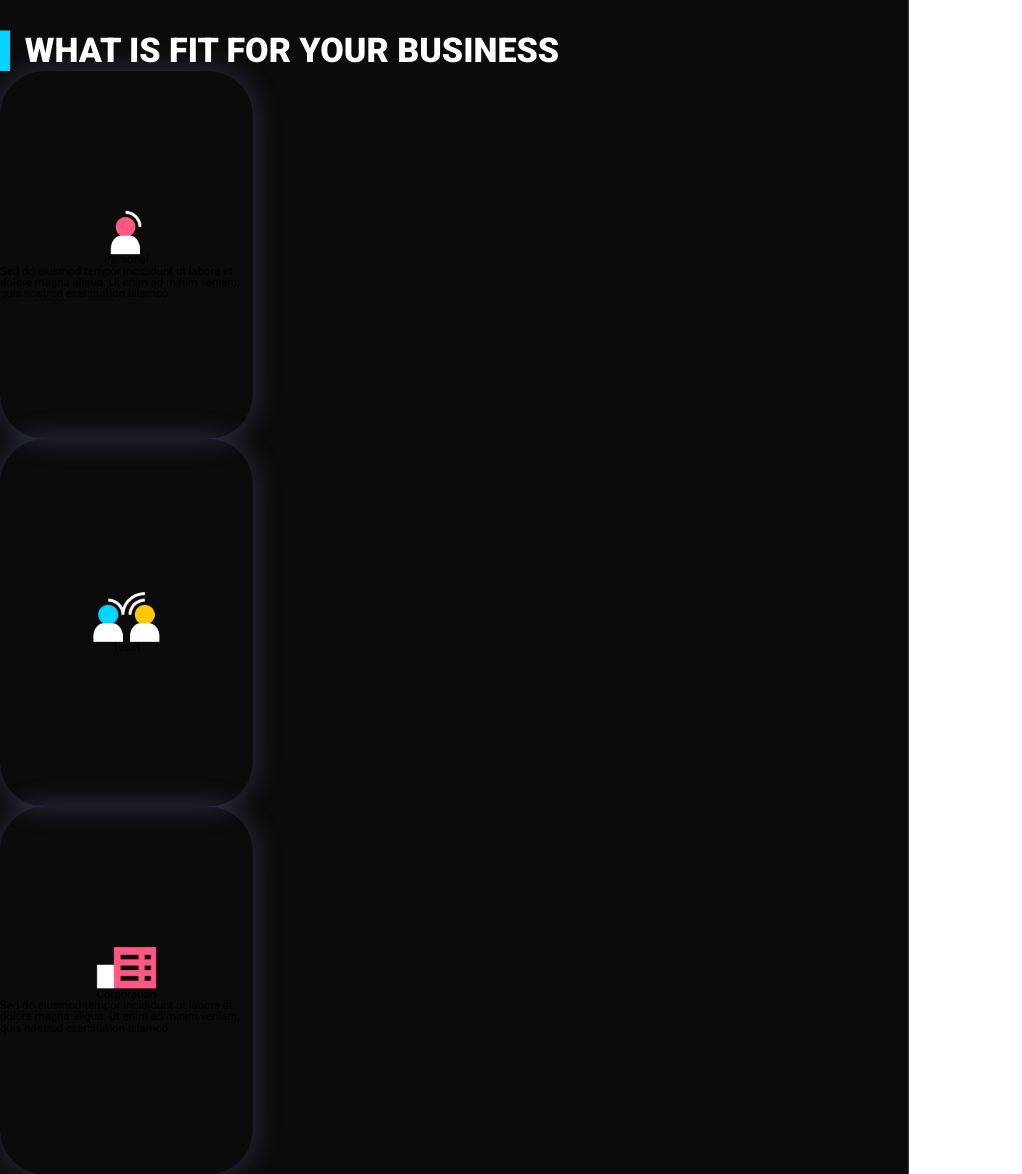
Repository: VetaWhale/team-site-test
Page: index.html
These files come from the project's save history. The page is drawn as it stood at one moment and after the next save; the edit follows.
The browser window is 1280 px wide. The page is 1440 px wide, so the pictures cover 1440 px, including what lies to the right of the window. The pictures show the whole page, at 71% of full size.
Some web fonts or font styles are not loaded; a fallback is used.

Above is the page before, as saved 2023-04-24 13:16:24.

After the next save:
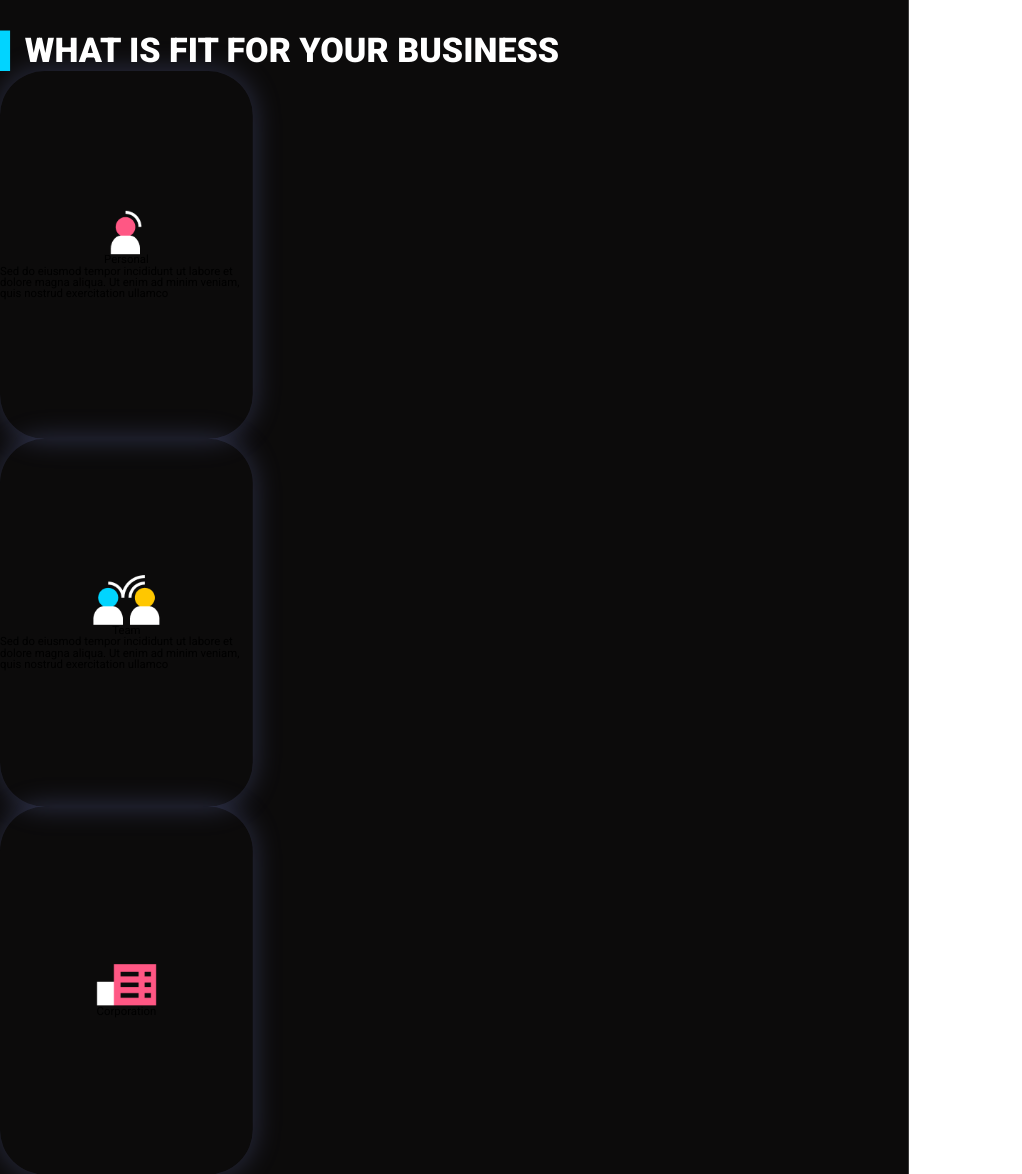
Saved 94 s later.
--- a/index.html
+++ b/index.html
@@ -33,12 +33,14 @@
                 <div class="business__item">
                     <img src="./resources/two_people__icon.png" alt="" />
                     <h2>Team</h2>
-                    <p class="business__description"></p>
+                    <p class="business__description">
+                        Sed do eiusmod tempor incididunt ut labore et dolore magna aliqua. Ut enim ad minim veniam, quis nostrud exercitation ullamco
+                    </p>
                 </div>
                 <div class="business__item">
                     <img src="./resources/home__icon.png" alt="" />
                     <h2>Corporation</h2>
-                    <p class="business__description">Sed do eiusmod tempor incididunt ut labore et dolore magna aliqua. Ut enim ad minim veniam, quis nostrud exercitation ullamco </p>
+                    <p class="business__description"></p>
                 </div>
             </div>
         </section>
